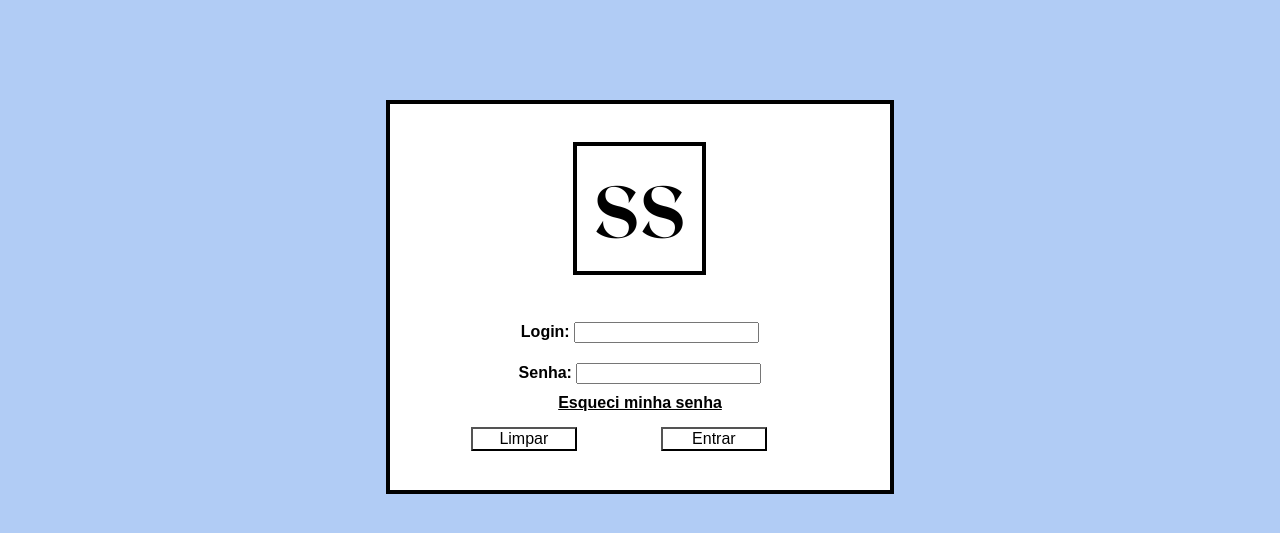
Repository: FaculdadeSenaiJoinville/PiMichelBaade
Page: http://localhost/ProjetoIndividual/
An editor plug-in stored every save of this project. The page is shown before and after the next save, followed by the edit.
The browser window is 1280 px wide. The pictures show the whole page.
The page is served by Tomcat 9.

Above is the page before, as saved 2021-08-14 00:54:53.

After the next save:
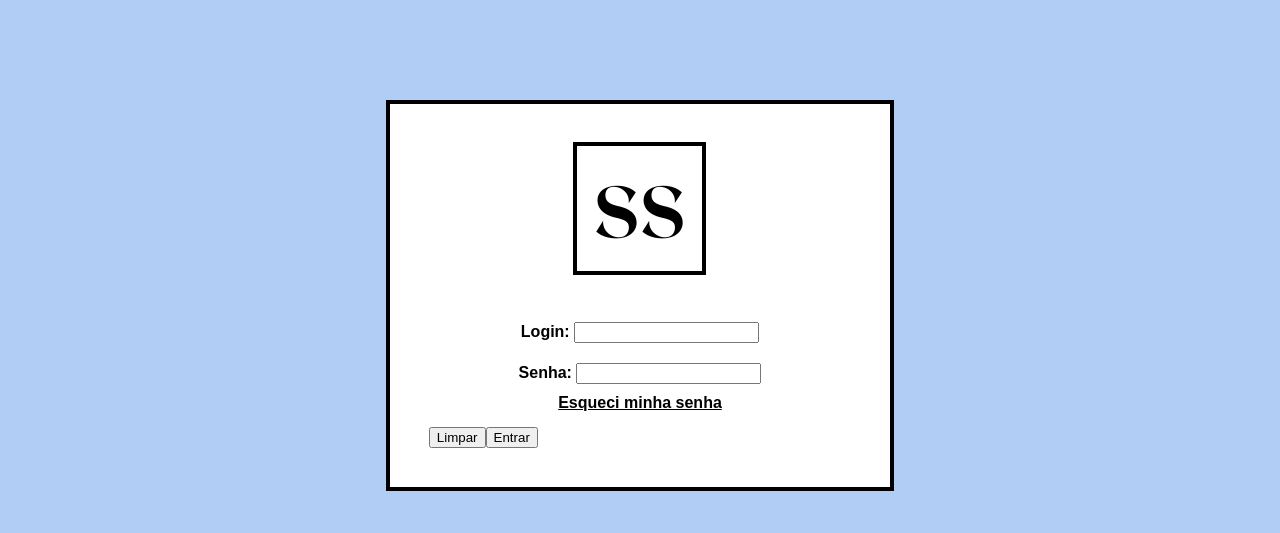
Saved 8 s later.
--- a/ProjetoIndividual/WebContent/css/site.css
+++ b/ProjetoIndividual/WebContent/css/site.css
@@ -37,7 +37,7 @@
 a{
 	text-decoration: underline;
 }
-button {
+button .login{
 	width: 25%;
 	font-size: 16px;
 	margin: 0 10%;

After the 2 saves that followed:
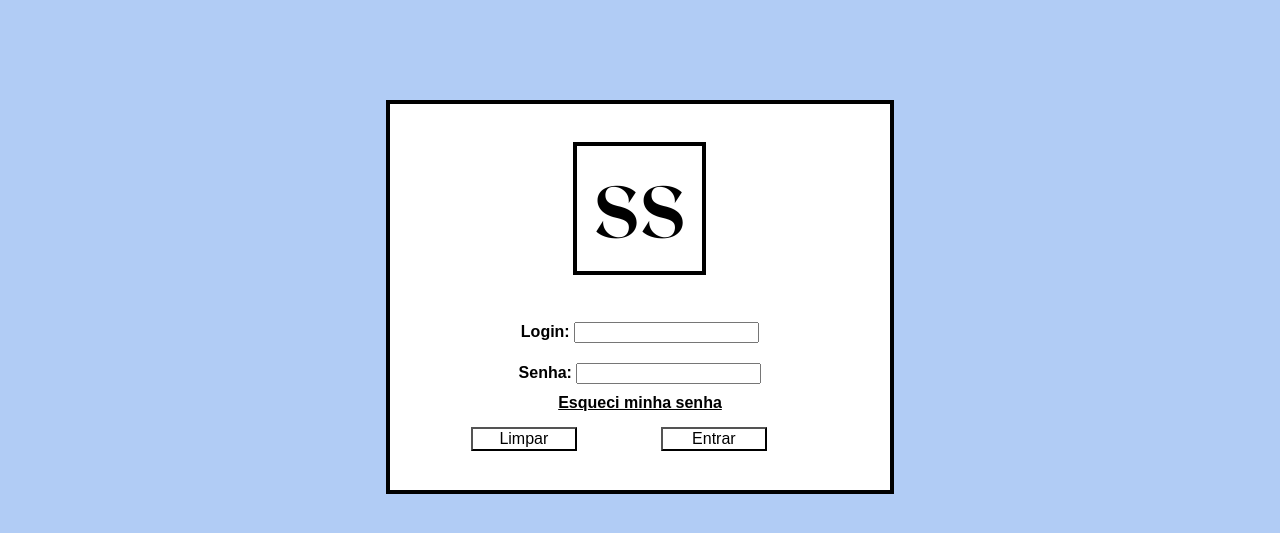
The 2 saves are shown as one change because 1 left the picture as it was.
The last was saved 35 s later.
--- a/ProjetoIndividual/WebContent/css/site.css
+++ b/ProjetoIndividual/WebContent/css/site.css
@@ -37,7 +37,7 @@
 a{
 	text-decoration: underline;
 }
-button .login{
+button{
 	width: 25%;
 	font-size: 16px;
 	margin: 0 10%;
